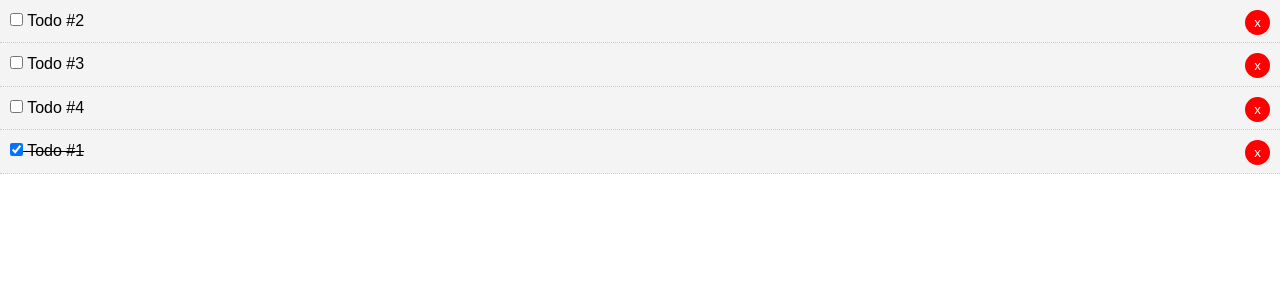
Repository: n0rthern-light/vuejs-taskmanager
Page: /
The author's editor kept a copy of each file at every save. The page is drawn from the files as they stood at one save, then again after the next save.
The browser window is 1280 px wide. The pictures show the whole page.
The project was rebuilt for these pictures with package versions that can differ from the ones it lists, and the page was loaded fresh each time.

Above is the page before, as saved 2019-02-18 15:09:29.

### src/App.vue
<template>
  <div id="app">
    <h3>{{msg}}</h3>
    <Todos :todos="todos"/>
  </div>
</template>

<script>

import Todos from '@/components/Todos.vue';

export default {
  name: 'app',
  components: {
    Todos
  },
  data() {
    return {
      todos: [
        {
          id: 1,
          title: 'Todo #1',
          completed: true
        },
        {
          id: 2,
          title: 'Todo #2',
          completed: false
        },
        {
          id: 3,
          title: 'Todo #3',
          completed: false
        },
        {
          id: 4,
          title: 'Todo #4',
          completed: false
        }
      ],
      msg: ''
    }
  },
  methods: {
    /* eslint-disable */

  },
  mounted() {
  }
}
</script>

<style>
* {
  box-sizing: border-box;
  margin: 0;
  padding: 0;
}

body {
  font-family: Arial, Helvetica, sans-serif;
  line-height: 1.4;
}
</style>

### src/components/Todos.vue
<template>
  <div>
    <div v-for="todo in todos" :key="todo.id">
      <TodoItem :todo="todo" :del-todo="$emit('del-todo', todo.id)" :update-array="$emit('update-array', todo)"/>
    </div>
  </div>
</template>

<script>
import TodoItem from './TodoItem.vue';

export default {
  components: {
    TodoItem
  },
  name: 'Todos',
  props: ['todos'],
  mounted() {
    this.todos.sort((a, b) => a.completed - b.completed)
  }
}
</script>

<style scoped>

</style>

### src/components/TodoItem.vue
<template>
  <div class="todo-item" :class="{'is-complete':todo.completed}">
    <p>
      <input type="checkbox" v-on:change="markComplete(); $emit('update-array', todo);" :checked="this.todo.completed">
      {{todo.title}}
      <button @click="$emit('del-todo', todo.id)" class="del">x</button>
    </p>
  </div>
</template>

<script>
export default {
  name: 'TodoItem',
  props: ['todo'],
  methods: {
    markComplete () {
      this.todo.completed = !this.todo.completed;
    }
  },
  mounted () {

  }
}
</script>

<style scoped>
  .todo-item {
    background: #f4f4f4;
    padding: 10px;
    border-bottom: 1px #ccc dotted;
  }

  .is-complete {
    text-decoration: line-through;
  }

  .del {
    background: #ff0000;
    color: #fff;
    border: none;
    padding: 5px 9px;
    border-radius: 50%;
    cursor: pointer;
    float: right;
  }
</style>

Loaded but not shown: src/main.js (common file)

After the next save:
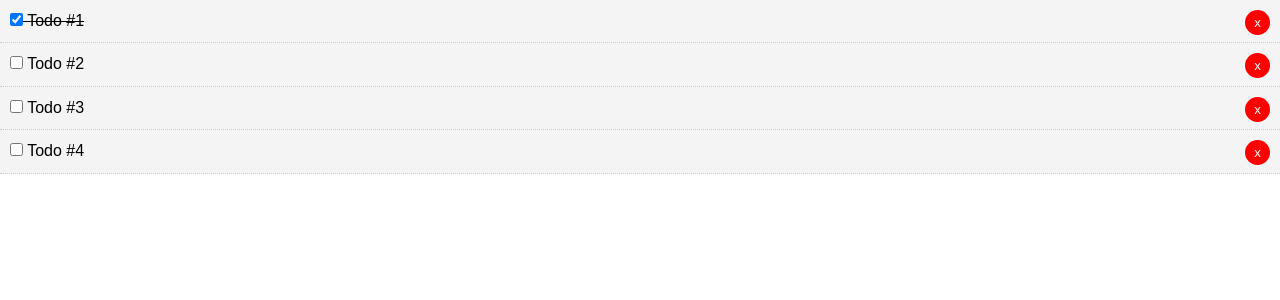
Saved 57 s later.
--- a/src/components/Todos.vue
+++ b/src/components/Todos.vue
@@ -14,10 +14,7 @@ export default {
     TodoItem
   },
   name: 'Todos',
-  props: ['todos'],
-  mounted() {
-    this.todos.sort((a, b) => a.completed - b.completed)
-  }
+  props: ['todos']
 }
 </script>
 

After the save that followed:
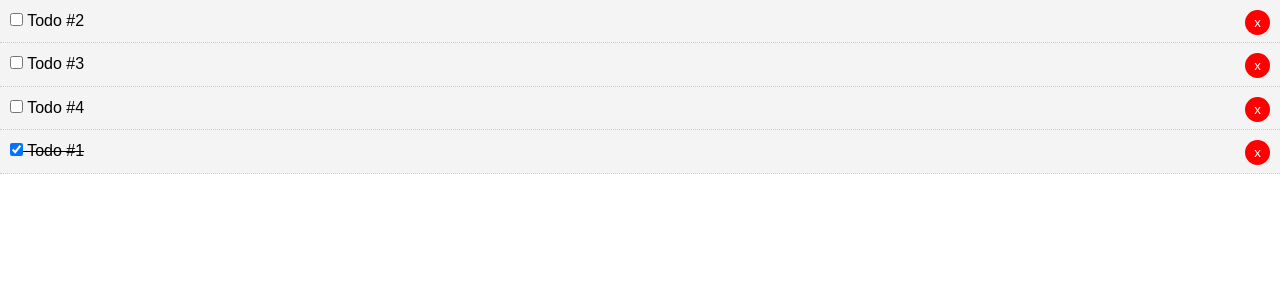
Saved 7 s later.
--- a/src/App.vue
+++ b/src/App.vue
@@ -46,6 +46,7 @@ export default {
 
   },
   mounted() {
+    this.todos.sort((a, b) => a.completed - b.completed)
   }
 }
 </script>
